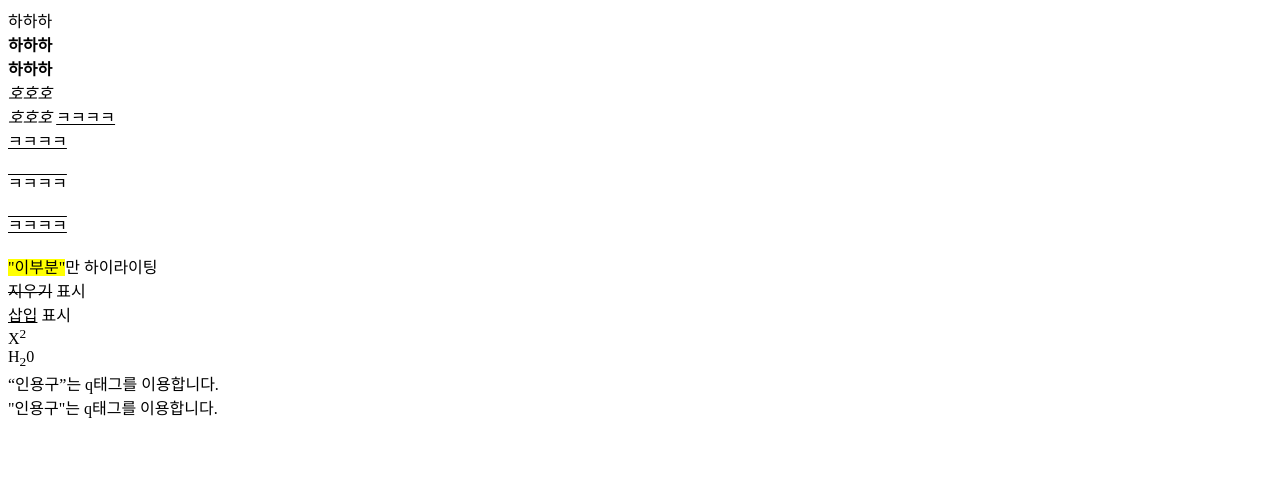
Repository: AkaKSR/Java_Convergence_New
Page: HTML0826/WebContent/Ex06.html
The author's editor kept a copy of each file at every save. The page is drawn from the files as they stood at one save, then again after the next save.
The browser window is 1280 px wide. The pictures show the whole page.

Above is the page before, as saved 2019-08-26 07:40:03.

After the next save:
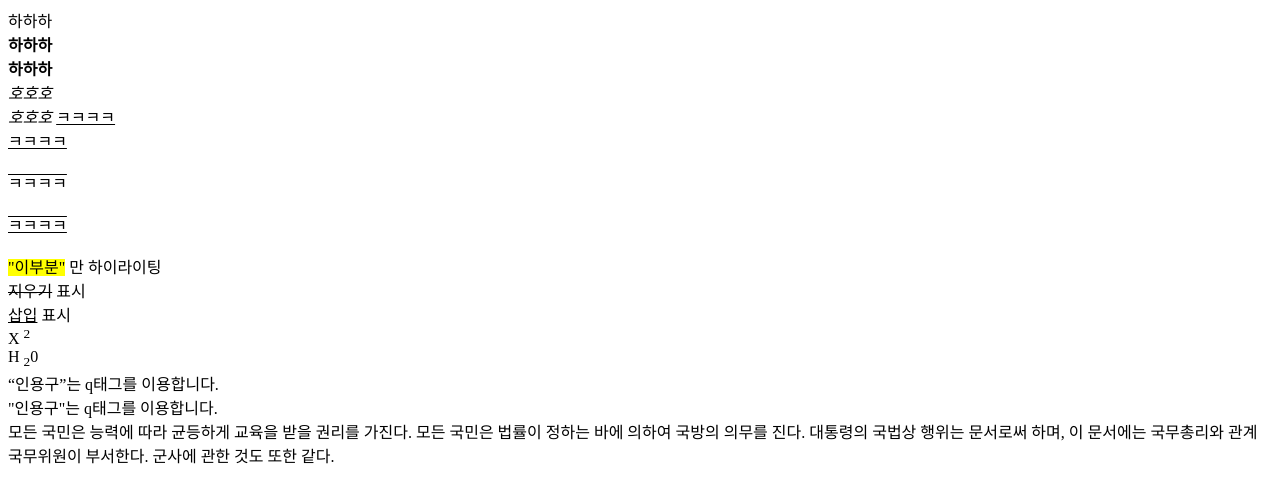
Saved 47 s later.
--- a/HTML0826/WebContent/Ex06.html
+++ b/HTML0826/WebContent/Ex06.html
@@ -5,21 +5,50 @@
 <title>서식</title>
 </head>
 <body>
-하하하<br>
-<b>하하하</b><br>
-<strong>하하하</strong><br>
-<em>호호호</em><br>
-<i>호호호</i>
-<u>ㅋㅋㅋㅋ</u><br> <!-- 삭제된 태그 -->
-<div style="text-decoration: underline;">ㅋㅋㅋㅋ</div><br>
-<div style="text-decoration: overline;">ㅋㅋㅋㅋ</div><br>
-<div style="text-decoration: underline overline;">ㅋㅋㅋㅋ</div><br>
-<mark>"이부분"</mark>만 하이라이팅<br> <!-- 하이라이팅 -->
-<del>지우기</del> 표시<br> <!--  취소선 -->
-<ins>삽입</ins> 표시<br> <!-- 밑줄 -->
-X<sup>2</sup><br> <!-- 윗첨자 -->
-H<sub>2</sub>0<br> <!-- 아래첨자 -->
-<q>인용구</q>는 q태그를 이용합니다.<br> <!-- 사용하지 말자 -->
-"인용구"는 q태그를 이용합니다.
+	하하하
+	<br>
+	<b>하하하</b>
+	<br>
+	<strong>하하하</strong>
+	<br>
+	<em>호호호</em>
+	<br>
+	<i>호호호</i>
+	<u>ㅋㅋㅋㅋ</u>
+	<br>
+	<!-- 삭제된 태그 -->
+	<div style="text-decoration: underline;">ㅋㅋㅋㅋ</div>
+	<br>
+	<div style="text-decoration: overline;">ㅋㅋㅋㅋ</div>
+	<br>
+	<div style="text-decoration: underline overline;">ㅋㅋㅋㅋ</div>
+	<br>
+	<mark>"이부분"</mark>
+	만 하이라이팅
+	<br>
+	<!-- 하이라이팅 -->
+	<del>지우기</del>
+	표시
+	<br>
+	<!--  취소선 -->
+	<ins>삽입</ins>
+	표시
+	<br>
+	<!-- 밑줄 -->
+	X
+	<sup>2</sup>
+	<br>
+	<!-- 윗첨자 -->
+	H
+	<sub>2</sub>0
+	<br>
+	<!-- 아래첨자 -->
+	<q>인용구</q>는 q태그를 이용합니다.
+	<br>
+	<!-- 사용하지 말자 -->
+	"인용구"는 q태그를 이용합니다.
+	<br> 모든 국민은 능력에 따라 균등하게 교육을 받을 권리를 가진다. 모든 국민은 법률이 정하는 바에 의하여 국방의
+	의무를 진다. 대통령의 국법상 행위는 문서로써 하며, 이 문서에는 국무총리와 관계 국무위원이 부서한다. 군사에 관한 것도 또한
+	같다.
 </body>
 </html>
